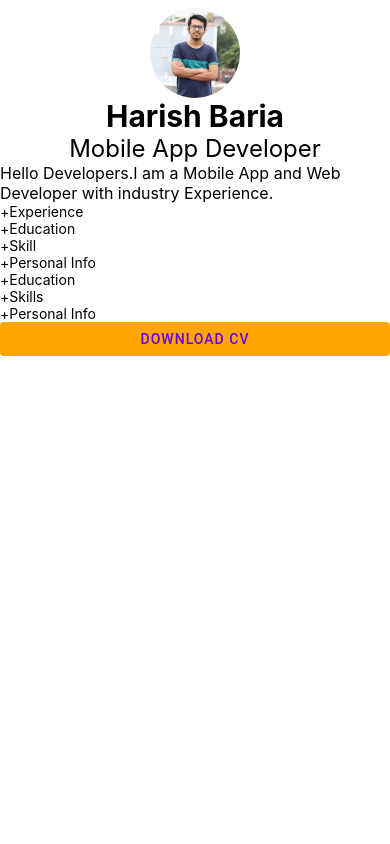
Repository: harishbariya/React-Native-ui-desiign
Screen: /
These files come from the project's save history. The screen is drawn as it stood at one moment and after the next save; the edit follows.
The app was drawn by React Native's web renderer in a window 390 px wide. The project was rebuilt for these pictures with package versions that can differ from the ones it lists, and the page was loaded fresh each time.

Above is the screen before, as saved 2021-11-17 14:33:53.

After the next save:
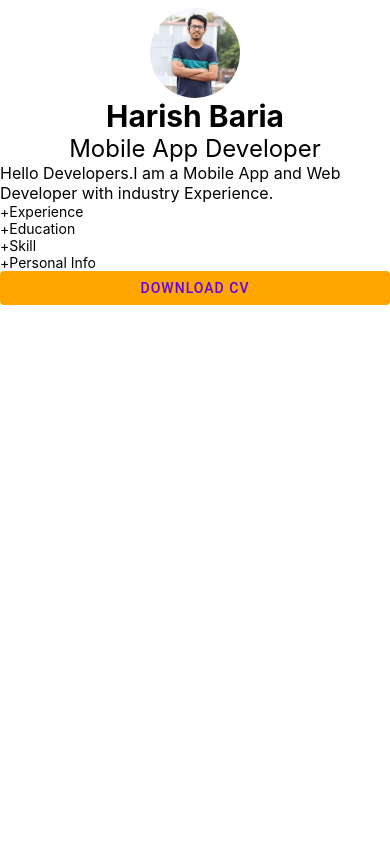
Saved 9 s later.
--- a/App.js
+++ b/App.js
@@ -36,20 +36,7 @@ class App extends Component
 
 
 
-        <View style={{flexDirection:"row"}}>
-          <Text>+</Text>
-          <Text>Education</Text>
-        </View>
 
-        <View style={{flexDirection:"row"}}>
-          <Text>+</Text>
-          <Text>Skills</Text>
-        </View>
-
-        <View style={{flexDirection:"row"}}>
-          <Text>+</Text>
-          <Text>Personal Info</Text>
-        </View>
 
           <View>
             <Button style={{backgroundColor:"orange"}}>Download CV</Button>
